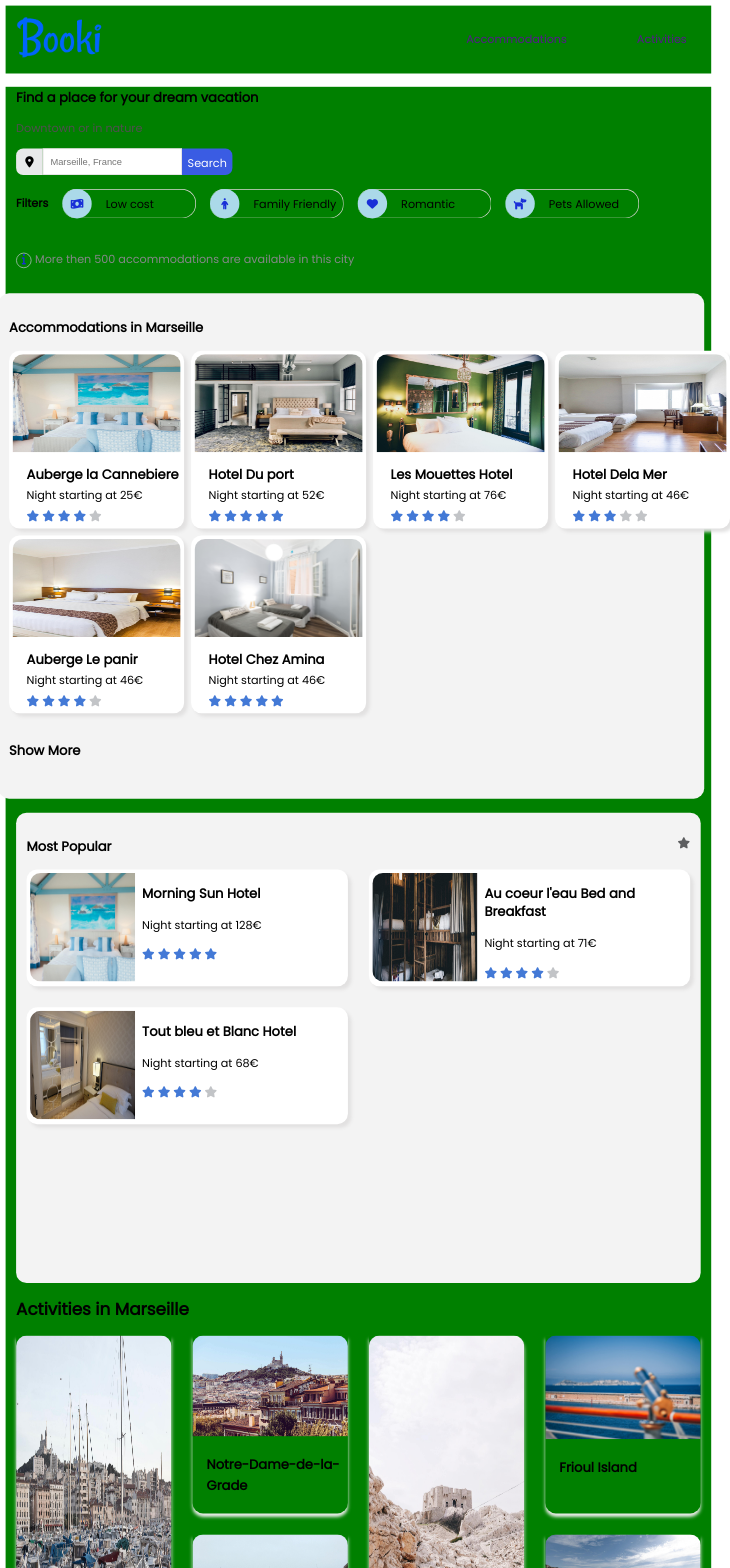
Repository: ailahin/booki
Page: index.html
The author's editor kept a copy of each file at every save. The page is drawn from the files as they stood at one save, then again after the next save.
The browser window is 1024 px wide. The page is 1043 px wide, then 1024 px, so the pictures cover 1043 px, including what lies to the right of the window. The pictures show the part of the page from y = 0 to 2240 px (the page is 2764 px tall), at 70% of full size.
Some web fonts or font styles are not loaded; a fallback is used. Some web libraries are served in a nearby version.

Above is the page before, as saved 2023-07-19 04:17:50.

### index.html
<!DOCTYPE html>
<html lang="en">
<head>
    <meta charset="UTF-8">
    <meta http-equiv="X-UA-Compatible" content="IE=edge">
    <meta name="viewport" content="width=device-width, initial-scale=1.0">
    <title>Booki</title>
    <link rel="stylesheet" href="css/index.css">
    <link rel="stylesheet" href="https://fonts.googleapis.com/css?family=Poppins|Sofia|Trirong">

    <!-- Google fronts -->
    <link rel="preconnect" href="https://fonts.googleapis.com">
    <link rel="preconnect" href="https://fonts.gstatic.com" crossorigin>
    <link href="https://fonts.googleapis.com/css2?family=Poppins&display=swap" rel="stylesheet">

    <script src="https://kit.fontawesome.com/a5dfdf2455.js" crossorigin="anonymous"></script>

</head>
<body>
    <header class="body">
        <nav>
            <div class="navbar">
                <div class="booki">
                    <img src="images/logo/Booki.png" alt="">
                </div>

                <div class="nav-flex">
                    <div id="nav-accommodation-text">
                        <a href="">Accommodations</a>
                     </div>
                     <div id="nav-activities-text" class="activities">
                         <a href=""> Activities</a>
                     </div>
               </div>
            </div>
        </nav>
    </header>

   <main class="body">
    <section>
        <div>
            <h3 class="dream-vacation">Find  a place for your dream vacation</h3>
        <p class="downtown"> Downtown or in nature</p>
        </div>

        <div class="search-bar">
            <div class="search-icon"> <i class="fa-solid fa-location-dot"></i> </div>
            <div class="search-place">
                <div class="placeholder">
                <input type="search" name="marseille, France" placeholder="Marseille, France" id="marseille">
            </div>
        </div>
            <div class="search-btn">Search</div>
        </div>

        <div>
            <div class="filters-bar">


                <div class="filters">
                    <div class="filters-text">
                        <H4>Filters</H4>
                    </div>
                    <div class="cost">
                        <div class="filters-icon"> <i class="fa-solid fa-money-bill-wave" style="color: #192fd7;"></i></div>
                        <div class="icon">Low cost</div>
                    </div>

                       <div class="cost">
                        <div class="filters-icon"> <i class="fa-solid fa-person" style="color: #192fd7;"></i></div>
                        <div class="icon">Family Friendly</div>
                       </div>

                       <div class="cost">
                        <div class="filters-icon"> <i class="fa-solid fa-heart" style="color: #192fd7;"></i></div>
                        <div class="icon">Romantic</div>
                       </div>

                       <div class="cost">
                        <div class="filters-icon"> <i class="fa-solid fa-dog" style="color: #192fd7;"></i></div>
                        <div class="icon">Pets Allowed</div>
                       </div>


                </div>
            </div>

           <div>
            <div class="info">
                <div >
                    <i class="fa-solid fa-info" style="color: #192fd7;"></i>
                </div>

                <div>
                    <p> More then 500 accommodations are available in this city</p>
                </div>
            </div>
           </div>
        </div>


    </section>
    <section class="accomodations-details">

        <section class="all-accomodations" >

            <div>
                <h3>Accommodations in Marseille</h3>
            </div>

            <div class="all-accomodations-details">

                <div class="details-container">
                    <div>
                        <img src="images/hebergements/2_large/annie-spratt-Eg1qcIitAuA-unsplash.jpg" alt="">

                    </div>
                    <div class="details-text">
                        <h3>
                            Auberge la Cannebiere
                        </h3>
                        <div>
                            <p>
                                Night starting at 25€
                            </p>
                        </div>
                        <div>
                            <i class="fa-solid fa-star" style="color: #4379d6;"></i>
                            <i class="fa-solid fa-star" style="color: #4379d6;"></i>
                            <i class="fa-solid fa-star" style="color: #4379d6;"></i>
                            <i class="fa-solid fa-star" style="color: #4379d6;"></i>
                            <i class="fa-solid fa-star" style="color: #c2c4c7;"></i>
                        </div>
                    </div>
                </div>

                <div class="details-container">
                    <div><img src="images/hebergements/2_large/aw-creative-VGs8z60yT2c-unsplash.jpg" alt=""></div>
                    <div class="details-text">
                        <h3>Hotel Du port </h3>

                        <div>
                            <p>   Night starting at 52€ </p>
                        </div>
                        <div>
                            <i class="fa-solid fa-star" style="color: #4379d6;"></i>
                            <i class="fa-solid fa-star" style="color: #4379d6;"></i>
                            <i class="fa-solid fa-star" style="color: #4379d6;"></i>
                            <i class="fa-solid fa-star" style="color: #4379d6;"></i>
                            <i class="fa-solid fa-star" style="color: #4379d6;"></i>

                        </div>
                    </div>
                </div>
                <div class="details-container">
                    <div><img src="images/hebergements/2_large/emile-guillemot-Bj_rcSC5XfE-unsplash.jpg" alt=""></div>
                    <div class="details-text">
                        <h3> Les Mouettes Hotel</h3>

                        <div>
                            <p>
                                Night starting at 76€
                            </p>
                            <div>
                                <i class="fa-solid fa-star" style="color: #4379d6;"></i>
                                <i class="fa-solid fa-star" style="color: #4379d6;"></i>
                                <i class="fa-solid fa-star" style="color: #4379d6;"></i>
                                <i class="fa-solid fa-star" style="color: #4379d6;"></i>
                                <i class="fa-solid fa-star" style="color: #c2c4c7;"></i>
                            </div>
                        </div>
                    </div>
                </div>
                <div class="details-container">
                    <div><img src="images/hebergements/2_large/febrian-zakaria-M6S1WvfW68A-unsplash.jpg" alt=""></div>

                    <div class="details-text">
                        <h3>
                                Hotel Dela Mer
                        </h3>
                        <div>
                            <p> Night starting at 46€</p>
                        </div>
                        <div>
                            <i class="fa-solid fa-star" style="color: #4379d6;"></i>
                            <i class="fa-solid fa-star" style="color: #4379d6;"></i>
                            <i class="fa-solid fa-star" style="color: #4379d6;"></i>

                            <i class="fa-solid fa-star" style="color: #c2c4c7;"></i>
                            <i class="fa-solid fa-star" style="color: #c2c4c7;"></i>
                        </div>
                    </div>
                </div>
                <div class="details-container">
                    <div><img src="images/hebergements/2_large/febrian-zakaria-sjvU0THccQA-unsplash.jpg" alt=""></div>

                    <div class="details-text">
                        <h3>Auberge Le panir</h3>
                    </div>
                    <div class="details-text">
                        <p > Night starting at 46€ </p>
                    </div>
                    <div class="details-text">
                        <i class="fa-solid fa-star" style="color: #4379d6;"></i>
                        <i class="fa-solid fa-star" style="color: #4379d6;"></i>
                        <i class="fa-solid fa-star" style="color: #4379d6;"></i>
                        <i class="fa-solid fa-star" style="color: #4379d6;"></i>

                        <i class="fa-solid fa-star" style="color: #c2c4c7;"></i>

                    </div>


                </div>
                <div class="details-container">
                    <div><img src="images/hebergements/2_large/fred-kleber-gTbaxaVLvsg-unsplash.jpg" alt=""></div>

                    <div class="details-text">
                        <h3>Hotel Chez Amina</h3>
                        <div>
                            <p>Night starting at 46€</p>
                        </div>
                        <div>
                            <i class="fa-solid fa-star" style="color: #4379d6;"></i>
                            <i class="fa-solid fa-star" style="color: #4379d6;"></i>
                            <i class="fa-solid fa-star" style="color: #4379d6;"></i>
                            <i class="fa-solid fa-star" style="color: #4379d6;"></i>
                            <i class="fa-solid fa-star" style="color: #4379d6;"></i>

                        </div>
                    </div>


                </div>


            </div>

            <div class="show-more">
                <h3>Show More</h3>
            </div>

        </section>

        <section class="most-popular">

            <div class="most-popular-icon">
                <h3>
                    Most Popular
                </h3>
                <p>
                    <i class="fa-solid fa-star" style="color: #5d5e60" > </i>
                </p>


            </div>

            <div class="most-popular-details">
                <div class="popular-details-container">
                    <div>
                        <img src="images/hebergements/2_large/annie-spratt-Eg1qcIitAuA-unsplash.jpg" alt="">
                    </div>
                    <div class="popular-details-text">
                        <h3>Morning Sun Hotel</h3>
                        <p>Night starting at 128€</p>
                        <div>
                            <div>
                                <i class="fa-solid fa-star" style="color: #4379d6;"></i>
                                <i class="fa-solid fa-star" style="color: #4379d6;"></i>
                                <i class="fa-solid fa-star" style="color: #4379d6;"></i>
                                <i class="fa-solid fa-star" style="color: #4379d6;"></i>
                                <i class="fa-solid fa-star" style="color: #4379d6;"></i>

                            </div>
                        </div>
                    </div>
                </div>
                <div class="popular-details-container" >
                    <div>
                        <img src="images/hebergements/2_large/nicate-lee-kT-ZyaiwBe0-unsplash.jpg" alt="">
                    </div>
                    <div class="popular-details-text">
                        <h3>Au coeur l'eau Bed and Breakfast</h3>
                        <p>Night starting at 71€</p>
                        <div>
                            <i class="fa-solid fa-star" style="color: #4379d6;"></i>
                            <i class="fa-solid fa-star" style="color: #4379d6;"></i>
                            <i class="fa-solid fa-star" style="color: #4379d6;"></i>
                            <i class="fa-solid fa-star" style="color: #4379d6;"></i>
                            <i class="fa-solid fa-star" style="color: #c2c4c7;"></i>

                        </div>
                    </div>
                </div>
                <div class="popular-details-container">
                    <div>
                        <img src="images/hebergements/2_large/reisetopia-B8WIgxA_PFU-unsplash.jpg" alt="">
                    </div>
                    <div class="popular-details-text">
                        <h3>Tout bleu et Blanc Hotel</h3>
                        <p>Night starting at 68€</p>
                        <div>
                            <i class="fa-solid fa-star" style="color: #4379d6;"></i>
                            <i class="fa-solid fa-star" style="color: #4379d6;"></i>
                            <i class="fa-solid fa-star" style="color: #4379d6;"></i>
                            <i class="fa-solid fa-star" style="color: #4379d6;"></i>
                            <i class="fa-solid fa-star" style="color: #c2c4c7;"></i>

                        </div>
                    </div>
                </div>

            </div>



        </section>

    </section>

    <section>
        <div>
            <h1> Activities in Marseille</h1>
        </div>
        <div>
            <div class="activites-images">
                <div class="activites-container" id="one">
                  <div>
                    <img src="images/activites/2_large/reno-laithienne-QUgJhdY5Fyk-unsplash.jpg " alt="">
                  </div>

                  <div class="text-container">
                    <h3>Old Port</h3>
                </div>
                </div>
                <div class="activites-container" id="two">
                    <div>
                        <img src="images/activites/2_large/florian-wehde-xW9e8gdotxI-unsplash.jpg" alt="">
                    </div>
                    <div class="text-container">
                        <h3>Notre-Dame-de-la-Grade</h3>
                    </div>
                </div>
                <div  class="activites-container" id="three">
                    <div>
                        <img src="images/activites/2_large/lena-paulin-wH2-EJoDcV0-unsplash.jpg" alt="">
                    </div>
                    <div class="text-container">
                        <h3>Longchamp Park </h3>
                    </div>
                 </div>
                <div class="activites-container" id="four">
                    <div>
                        <img src="images/activites/2_large/paul-hermann-QFTrLdQIRhI-unsplash.jpg" alt="">
                    </div>

                    <div class="text-container">
                        <h3>Pomegués Fort</h3>
                    </div>
                </div>
                <div class="activites-container" id="five">
                   <div>
                    <img src="images/activites/2_large/kevin-hikari-rV_Qd1l-VXg-unsplash.jpg " alt="">
                   </div>
                   <div class="text-container">
                    <h3> Frioul Island </h3>
                   </div>
                </div>
                <div class="activites-container" id="six">
                    <div>
                        <img src="images/activites/2_large/kilyan-sockalingum-NR8-cBCN3aI-unsplash.jpg" alt="">
                    </div>

                    <div class="text-container">
                        <h3>Calanques National Park</h3>
                    </div>
                </div>
            </div>
        </div>
    </section>
   </main>

    <footer class="footer-main">
        <section>
            <div class="footer">
                <div class="about">
                    <h3> About</h3>
                    <p> Site Map</p>
                    <p>General Terms and Conditions  </p>
                    <p>Data and Privacy </p>


                </div>
                <div class="accommodations">
                    <h3> Our Accommodations</h3>
                    <p>Quality Assistant</p>
                    <p>You have a hotel ?</p>

                </div>

                <div class="assistance">
                        <h3>
                            Assistance
                        </h3>

                        <p>Help Desk</p>
                        <p>Contact Us</p>
                </div>
            </div>
        </section>

    </footer>

</body>
</html>

### css/index.css
.body{
    font-family: "poppins", sans-serif;
    padding-left: 15px;
    padding-right: 15px;
}
.navbar{
    display: flex;
    flex-direction: row;
    justify-content:space-between;
    align-items: center;
}

.nav-flex{
    display:flex;
    padding-left: 20px;
    padding-right: 20px;
    justify-content:space-around;
}
.nav-flex a{
    text-decoration: none;
}
.nav-flex a:hover{
    border-top: 2px solid blue;
    color: blue;
    padding-top: 30px;


}
.dream-vacation{

}
.downtown{
    color: rgb(80, 79, 79);

}
.activities{
    margin-left: 100px;
}

.search-bar{
    display:flex;
    align-items: center;


}
.search-icon{
    display: flex;
    background-color: rgb(232, 233, 234);
    height:38px;
    width: 38px;
    align-items: center;
    justify-content: center;
    border-radius: 10px 0 0 10px;

}
.placeholder input{
   height: 38px;
   border-left: 0px;
   border-right: 0px;
   border: 1px solid rgb(220, 218, 218);
   padding: 10px;
}
.placeholder{


}

 .search-place{


 }



.search-btn{
    background-color: rgb(58, 92, 227);
    color:white;
    height: 22px;
    padding:8px;
    border-radius: 0  10px 10px 0;
}
.filters-bar{
    margin-top: 20px;

}

.cost{
    display: flex;
    border: 1px solid;
    border-left: 0px;
   border-color: rgb(220, 215, 215);
   height: 40px;
   width: 190px;
   align-items: center;
   gap: 20px;
   border-radius: 20px;
}
.filters-icon{
    display: flex;
    background-color: rgb(171, 217, 233);
    height:42px ;
    width: 42px;
    align-items: center;
    border-radius: 100%;
    justify-content: center;
}
.filters{
    display: flex;
    gap: 20px;
}
.filters-text{
   display: flex;
   height: 38px;
   align-items: center;
}

.fa-info{
    display: flex;
    border: 1px rgb(193, 200, 207) solid;
    border-radius: 100%;
    width: 20px;
    height: 20px;
    align-items: center;
    justify-content: center;
}
.info{
    display: flex;
    align-items: center;
    text-align: center;
    gap:5px;
    margin-top: 30px;
}
.info p{
    color: rgb(133, 135, 137);
}

.accomodations-details{
    display: flex;

}
.all-accomodations{
    width: 66%;
    background-color:rgb(243, 243, 243);
    padding: 15px;
    margin-top: 20px;
    margin-right: 20px;
    border-radius: 15px;
}

.show-more{
    padding-top: 20px;
    padding-bottom: 20px;
}
.most-popular{
    width: 34%;
    background-color:rgb(243, 243, 243);
    padding:15px;
    margin-top: 20px;
    border-radius: 15px;
    padding-bottom: 30px;

}
.most-popular-icon{
    display: flex;
    justify-content: space-between;

}
.all-accomodations-details img{
    width: 240px;
    height: 140px;
    border-top-left-radius: 15px;
    border-top-right-radius: 15px;

}
.all-accomodations-details{
   display: grid;
   grid-template-columns: repeat(3, 1fr);
   gap: 10px;

}

.details-container{
    background-color:white;
    padding: 5px;
    border-radius: 15px;
    box-shadow: 5px 5px 5px 0px rgb(226, 225, 225);


}

.details-text {
margin-left: 20px;
line-height: .3cm;
margin-bottom: 5px;


}
.most-popular-details{
    display: grid;
    grid-template-rows: repeat(3, 1fr);
    gap:30px;


}
.popular-details-container img{
    width:150px;
    height: 155px;
    border-top-left-radius: 15px;
    border-bottom-left-radius: 15px;
    margin-top: 2px;
    margin-left: 2px;

}
.popular-details-container{
    display: flex;
    background-color:white;
    padding-top: 3px;
    padding-left: 3px;
    border-radius: 15px;
    box-shadow: 5px 5px 5px 0px rgb(226, 225, 225);
}
.popular-details-text{
    margin-left: 10px;
    line-height: .7cm;

}

.activites-images img{
    width: 100%;
    border-top-left-radius: 15px;
    border-top-right-radius: 15px;



  }

  .activites-images {
    display: grid;
    grid-template-columns: repeat(4, 1fr);
    gap: 30px;
    margin-bottom: 80px;

  }

  .activites-container{
    box-shadow: 0px 5px 5px 0px rgb(239, 238, 238);
    border-bottom-left-radius: 15px;
    border-bottom-right-radius: 15px;
  }


#one{
    grid-row: 1/3;
    grid-row: 1 / 3;

}

#one img{

    height: 472px;

}

.text-container{

    margin-left: 20px;

}

#two{

}
#three{
    grid-column: 2/3;
    grid-row:2/3 ;
}
#three img{
   height: 183px;

}
#four {
    grid-row: 1/3;
    border-top-right-radius: 15px;
}

#four img {

    height: 475px;
}

#five{
    grid-column: 4/5;
    grid-row:1/2 ;
}
#six{
    grid-column: 4/5;
    grid-row:2/3 ;
}

.footer{
    display: flex;
    justify-content: space-between;
    background-color:rgb(243, 243, 243);
    font-family: "poppins", sans-serif;
    margin-right: 200px;
}
.footer p{
    color: rgb(146, 145, 145);
}
.footer-main{
    background-color:rgb(243, 243, 243);
    padding: 15px;

}



 @media only screen and (max-width: 400px){
    .nav-flex{

    }
    .nav-flex a:hover{
        border-bottom: 2px solid blue;
        color: blue;
        padding-top: 1px;
        border-top: 2px white solid;
    }


    }








/* Extra small devices (phones, 600px and down) */
@media only screen and (max-width: 768px) {
    .navbar{
       display: flex;
       flex-wrap: wrap;
       justify-content: center;
       align-items: center;
       margin-bottom: 30px;


    };

    .nav-flex{

    }

    .filters {
        width: 100%;
        display:flex;
        flex-direction: column;
        flex-wrap:wrap;

    }
    .accomodations-details{
        display: flex;
        flex-direction:column-reverse;
        flex-wrap: wrap;
    }
    .all-accomodations{
        width: 100%;
        align-items: center;
        justify-content: center;

    }
    .all-accomodations-details{
        display: flex;
        flex-direction: row;
        flex-wrap: wrap;
        align-items: center;
        justify-content: center;

    }

    .most-popular{
        width: 100%;

    }


    .most-popular-details img{
        width:150px;
        height: 155px;
        border-top-left-radius: 15px;
        border-bottom-left-radius: 15px;
        margin-top: 2px;
        margin-left: 2px;

    }


.footer{
    display: flex;
    flex-direction: column;
}

.activites-images {
   display: flex;
   flex-direction: column-reverse;


}

  }



  /* Small devices (portrait tablets and large phones, 600px and up) */
  @media only screen and (min-width: 768px) and ( max-width: 1200px) {
    .body {background: green;}

    .accomodations-details{
        display: flex;
        flex-wrap: wrap;
        align-items: center;
        justify-content: center;
    }
    .all-accomodations{
        width: 100%;
        align-items: center;
        justify-content: center;

    }
    .all-accomodations-details{
        display: grid;
        grid-template-columns: repeat(4, 1fr);
        gap: 10px;
     }

    .most-popular{
        width: 100%;

    }
    .most-popular-details {
        display: grid;
        grid-template-columns: repeat(2, 1fr);
        gap: 30px;
    }


    .most-popular-details img{
        width:150px;
        height: 155px;
        border-top-left-radius: 15px;
        border-bottom-left-radius: 15px;
        margin-top: 2px;
        margin-left: 2px;

    }





  }

  /* Medium devices (landscape tablets, 768px and up) */
  @media only screen and (max-width: 1000px) and ( min-width: 600px) {



}

  /* Large devices (laptops/desktops, 992px and up) */
  @media only screen and (min-width: 992px) {


  }

  /* Extra large devices (large laptops and desktops, 1200px and up) */
  @media only screen and (min-width: 1200px) {


  }

After the next save:
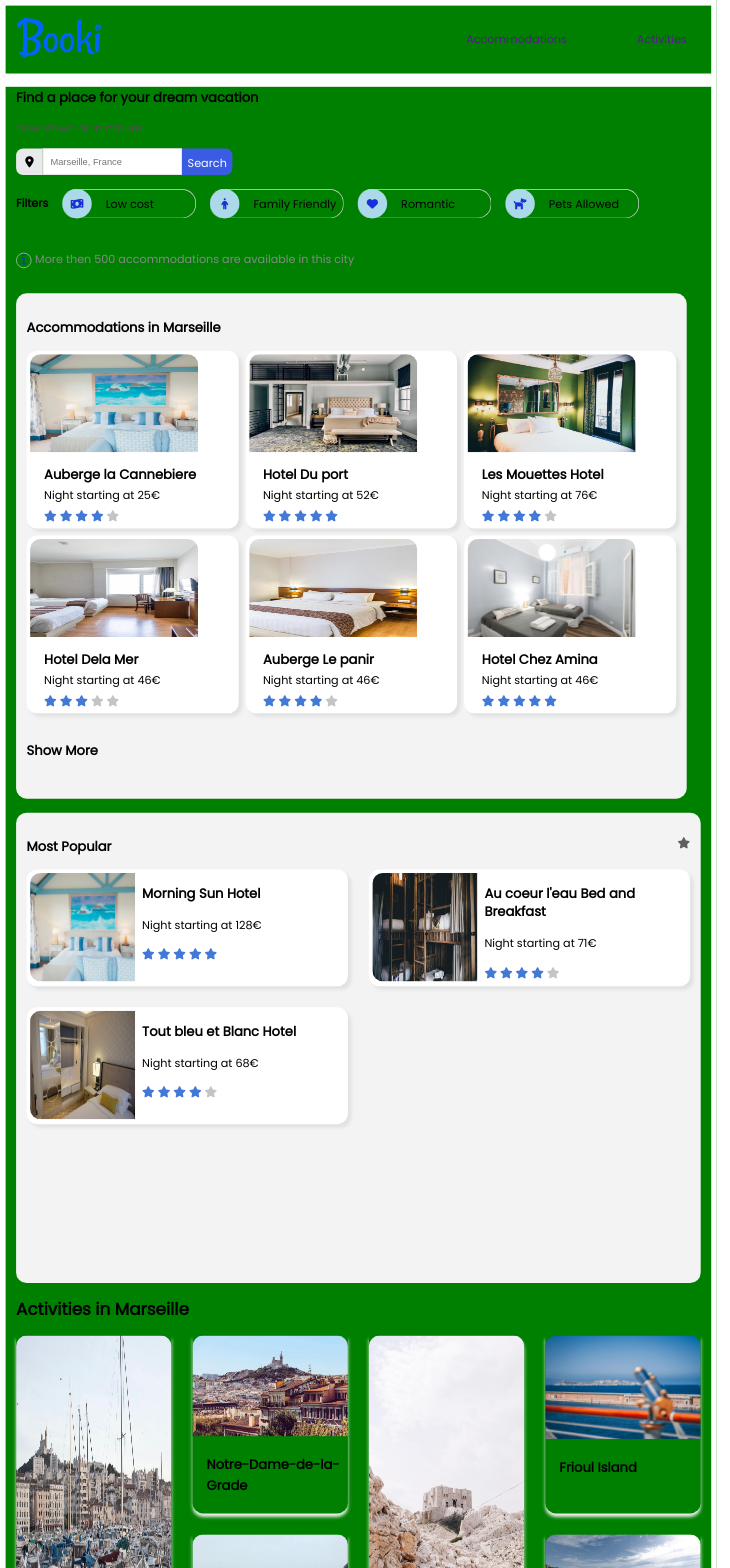
Saved 2 min 27 s later.
--- a/css/index.css
+++ b/css/index.css
@@ -430,7 +430,7 @@ margin-bottom: 5px;
     }
     .all-accomodations-details{
         display: grid;
-        grid-template-columns: repeat(4, 1fr);
+        grid-template-columns: repeat(3, 1fr);
         gap: 10px;
      }
 
